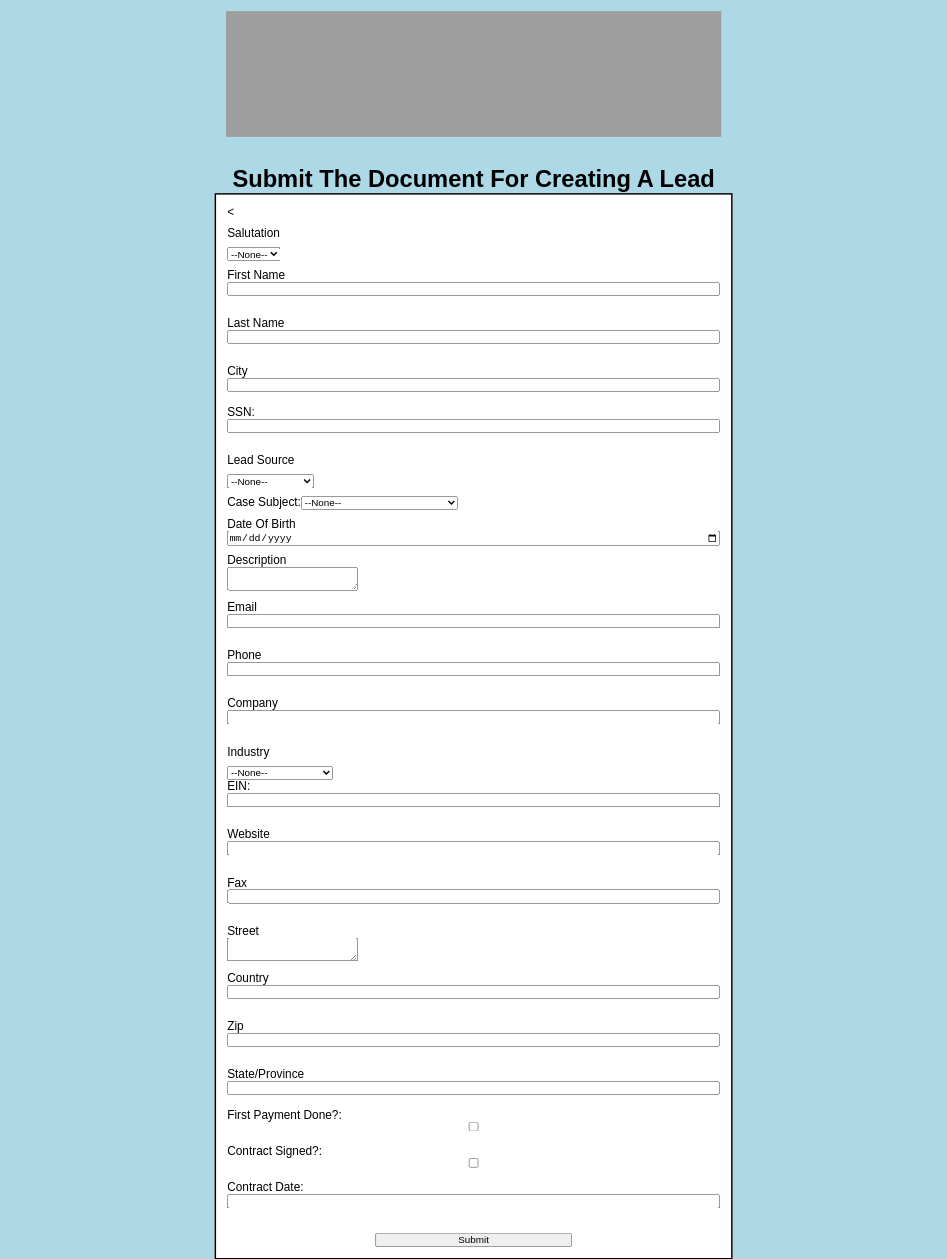
Repository: yaseminvural99/changeForce
Page: index.html
The author's editor kept a copy of each file at every save. The page is drawn from the files as they stood at one save, then again after the next save.
The browser window is 1280 px wide. The pictures show the whole page, at 74% of full size.
Pictures or frames that could not be fetched are drawn as grey boxes.

Above is the page before, as saved 2024-04-27 17:58:06.

After the next save:
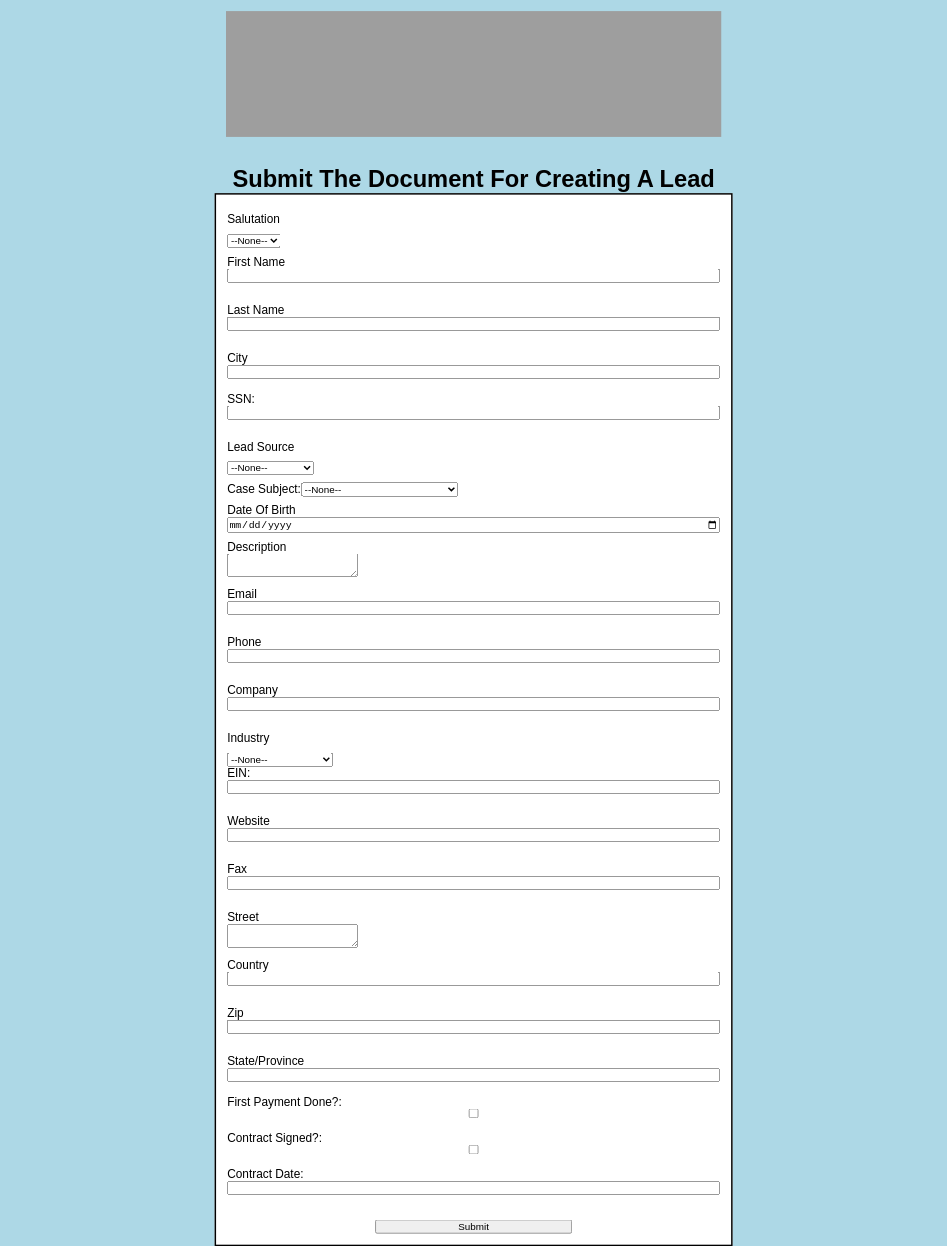
Saved 23 s later.
--- a/index.html
+++ b/index.html
@@ -26,7 +26,7 @@
     <input type=hidden name="oid" value="00DU8000000LYuv">
     <input type=hidden name="retURL" value="http://">
     <input type="hidden" name="Date_of_Birth__c" id="Date_of_Birth__c">
-    <<input type="hidden" name="Contract_Date__c" id="Contract_Date__c">
+    <input type="hidden" name="Contract_Date__c" id="Contract_Date__c">
 
 
     <label for="salutation">Salutation</label><select  id="salutation" name="salutation"><option value="">--None--</option><option value="Mr.">Mr.</option>
